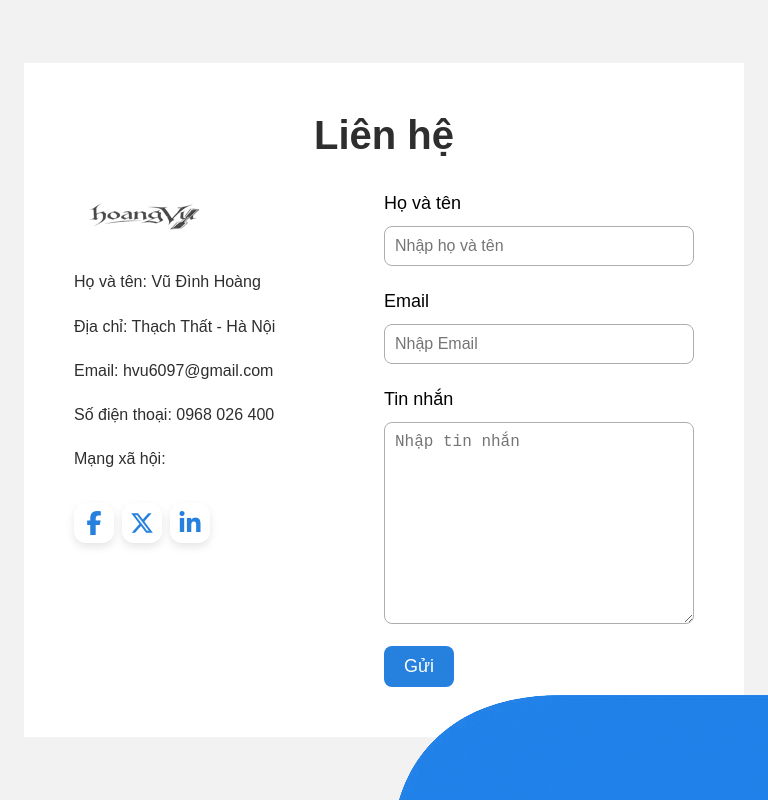
Repository: hoang28092000/portfolio
Page: pages/contact.html
These files come from the project's save history. The page is drawn as it stood at one moment and after a run of saves; the edit follows.
The browser window is 768 px wide. The pictures show the whole page.

Above is the page before, as saved 2025-04-12 01:07:27.

After the next 2 saves:
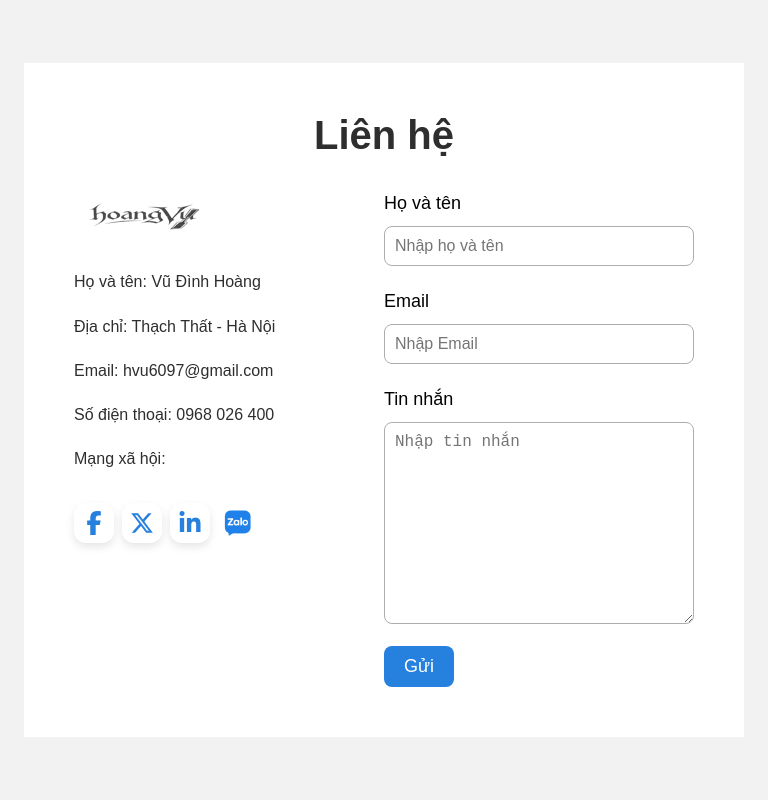
The 2 saves are shown as one change because they came seconds apart.
The last was saved 7 s later.
--- a/css/responsive-pages.css
+++ b/css/responsive-pages.css
@@ -125,7 +125,7 @@
     height: 40px;
     width: 40px;
   }
-  .img-social{
+  .img-social-contact{
     width: 40px;
     height: 40px;
   }
